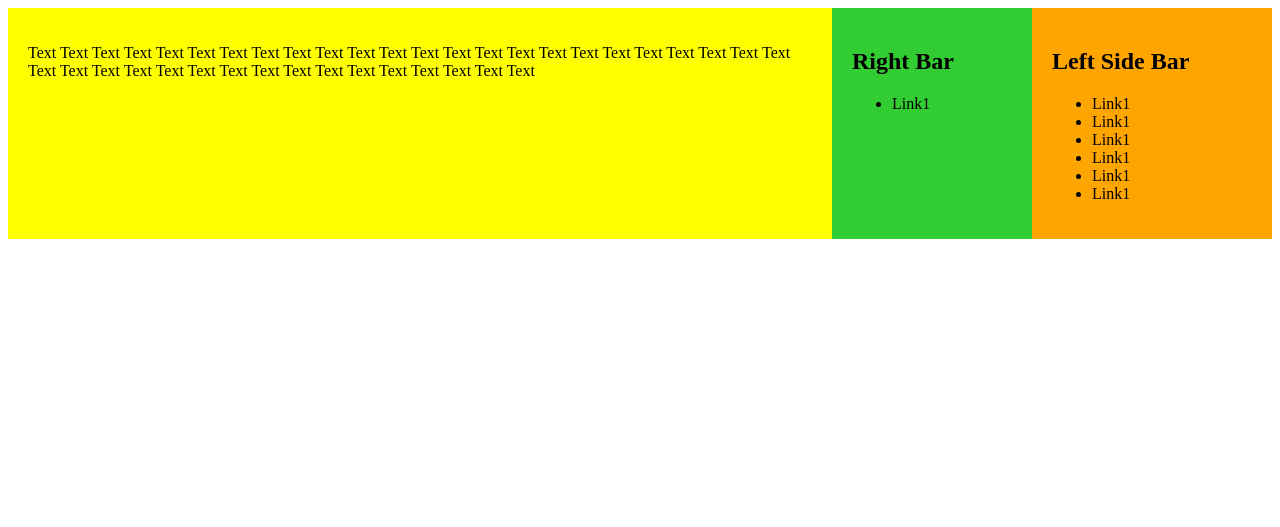
Repository: lixinso/html5
Page: workspace/CSS3/WebContent/layout/layout_box_orient.html
The author's editor kept a copy of each file at every save. The page is drawn from the files as they stood at one save, then again after the next save.
The browser window is 1280 px wide. The pictures show the whole page.

Above is the page before, as saved 2011-05-28 16:24:47.

### workspace/CSS3/WebContent/layout/layout_box_orient.html
<?xml version="1.0" encoding="UTF-8" ?>
<!DOCTYPE html PUBLIC "-//W3C//DTD XHTML 1.0 Transitional//EN" "http://www.w3.org/TR/xhtml1/DTD/xhtml1-transitional.dtd">
<html xmlns="http://www.w3.org/1999/xhtml">
<head>
<meta http-equiv="Content-Type" content="text/html; charset=UTF-8" />
<title>Insert title here</title>
<style type="text/css">

	#container{
		display: -webkit-box;
	}
	#left-sidebar{
		-webkit-box-ordinal-group: 3;
		width: 200px;
		padding: 20px;
		background-color: orange;
	}
	#contents{
		-webkit-box-ordinal-group: 1;
		-webkit-box-flex: 1;
		padding: 20px;
		background-color: yellow;
	}
	#right-sidebar{
		-webkit-box-ordinal-group: 2;
		width: 200px;
		padding: 20px;
		background-color: limegreen;
	}
	#right-sidebar, #contents, #right-sidebar{
		-webkit-box-sizing: border-box;
	}

</style>
</head>
<body>

	<div id="container">
		<div id="left-sidebar">
			<h2>Left Side Bar</h2>
			<ul>
				<li>Link1</li>
				<li>Link1</li>
				<li>Link1</li>
				<li>Link1</li>
				<li>Link1</li>
				<li>Link1</li>
			</ul>
		</div>
		<div id="contents">
			<p>
				 Text Text Text Text Text Text Text Text Text Text Text Text Text Text Text
				  Text Text Text Text Text Text Text Text Text Text Text Text Text Text Text
				   Text Text Text Text Text Text Text Text Text Text
			</p>
		</div>
		<div id="right-sidebar">
			<h2>Right Bar</h2>
			<ul>
				<li>Link1</li>
			</ul>
		</div>
	</div>

</body>
</html>

After the next save:
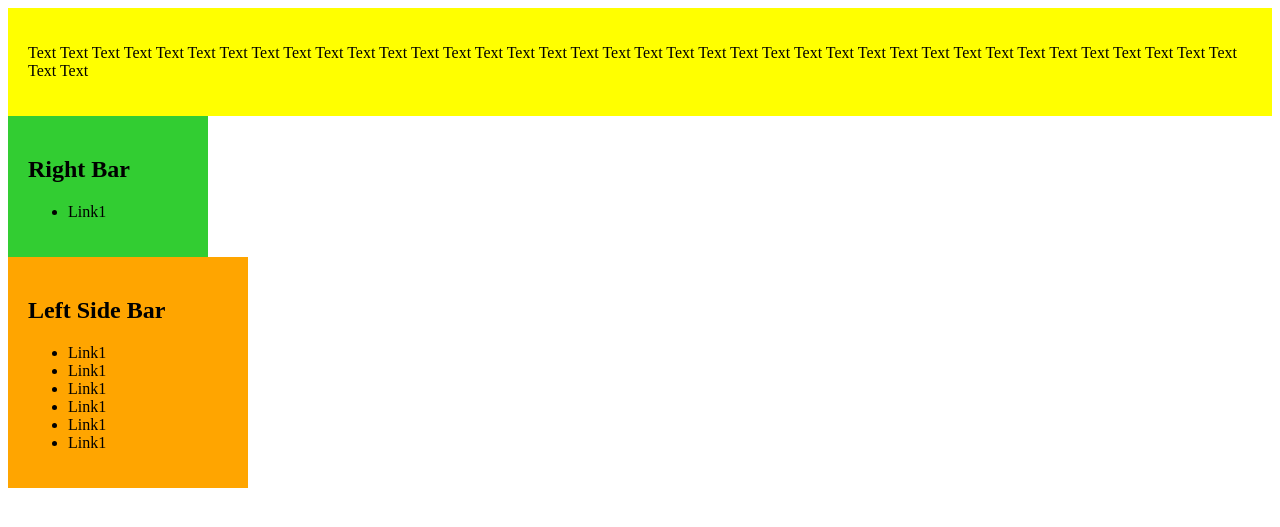
Saved 75 s later.
--- a/workspace/CSS3/WebContent/layout/layout_box_orient.html
+++ b/workspace/CSS3/WebContent/layout/layout_box_orient.html
@@ -8,6 +8,7 @@
 
 	#container{
 		display: -webkit-box;
+		-webkit-box-orient: vertical;
 	}
 	#left-sidebar{
 		-webkit-box-ordinal-group: 3;
